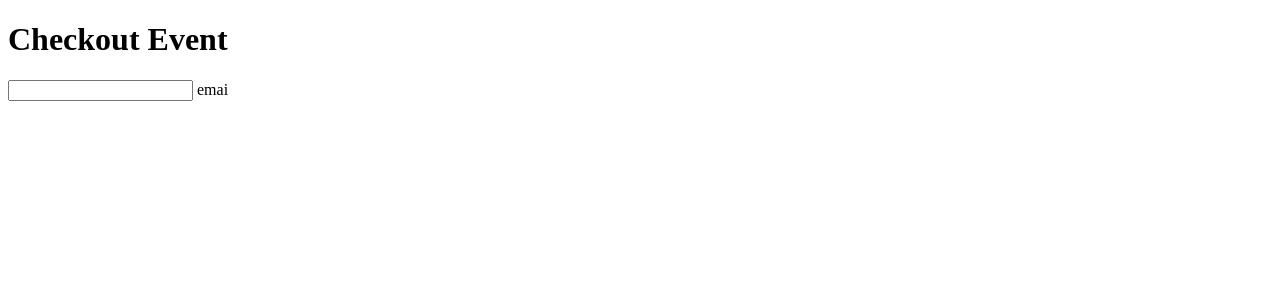
Repository: SharonSebastian32/razorpaypaymentgateway_implementation
Page: checkout.html
An editor plug-in stored every save of this project. The page is shown before and after a run of saves, followed by the edit.
The browser window is 1280 px wide. The pictures show the whole page.

Above is the page before, as saved 2024-08-08 11:56:09.

### checkout.html
<!DOCTYPE html>
<html lang="en">
<head>
    <meta charset="UTF-8">
    <meta name="viewport" content="width=device-width, initial-scale=1.0">
    <title>Document</title>
</head>
<body>
    <div>
        <h1>Checkout Event</h1>
        <form action="">
            <label for="fname"></label>
            <input type="text" name="" id="">
            <label for=""></label>
            emai


        </form>
    </div>

</body>
</html>

After the next 3 saves:
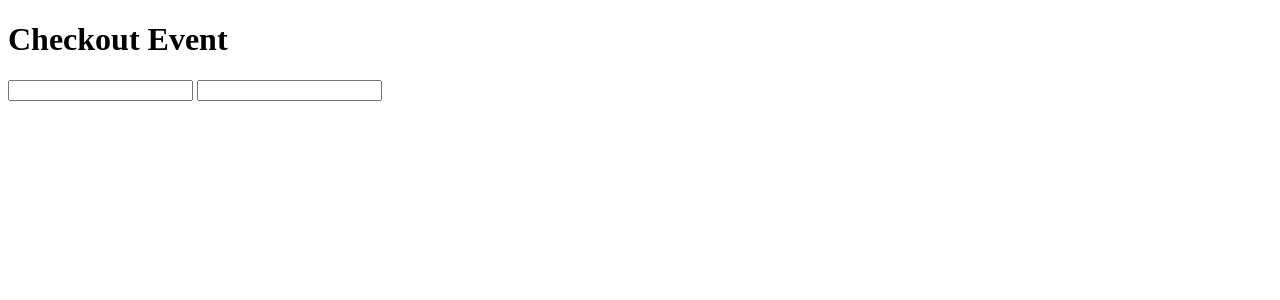
The 3 saves are shown as one change because they came seconds apart.
The last was saved 8 s later.
--- a/checkout.html
+++ b/checkout.html
@@ -12,7 +12,8 @@
             <label for="fname"></label>
             <input type="text" name="" id="">
             <label for=""></label>
-            emai
+            <input type="email" name="" id="">
+
 
 
         </form>
